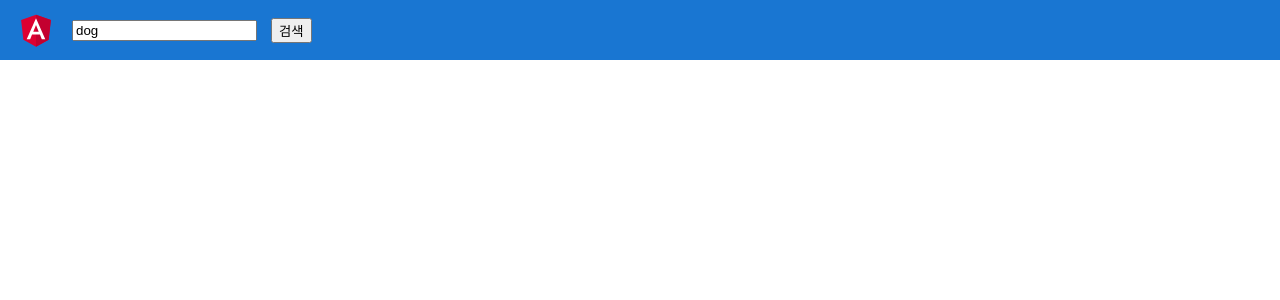
Repository: angular-weekely-toy/week10-rxjs-project
Page: / (app in youtube-example/)
These files come from the project's save history. The page is drawn as it stood at one moment and after the next save; the edit follows.
The browser window is 1280 px wide. The pictures show the whole page.
The page's requests for data from a server got no answer. The project was rebuilt for these pictures with package versions that can differ from the ones it lists, and the page was loaded fresh each time. No one was signed in, and anything a server would have sent is missing. Also part of the build but not shown: youtube-example/angular.json.

Above is the page before, as saved 2022-02-26 17:47:04.

### youtube-example/src/index.html
<!doctype html>
<html lang="en">
<head>
  <meta charset="utf-8">
  <title>YoutubeExample</title>
  <base href="/">
  <meta name="viewport" content="width=device-width, initial-scale=1">
  <link rel="icon" type="image/x-icon" href="favicon.ico">
</head>
<body>
  <app-root></app-root>
</body>
</html>

### youtube-example/src/app/app.module.ts
import { NgModule } from '@angular/core';
import { BrowserModule } from '@angular/platform-browser';
import { FormsModule, ReactiveFormsModule } from '@angular/forms';
import { AppRoutingModule } from './app-routing.module';
import { HttpClientModule, HTTP_INTERCEPTORS, HttpClient } from '@angular/common/http';
import { AppComponent } from './app.component';

@NgModule({
  declarations: [
    AppComponent
  ],
  imports: [
    BrowserModule,
    AppRoutingModule,
    HttpClientModule,
    FormsModule,
    ReactiveFormsModule
  ],
  providers: [],
  bootstrap: [AppComponent]
})
export class AppModule { }

### youtube-example/src/environments/environment.ts
// This file can be replaced during build by using the `fileReplacements` array.
// `ng build` replaces `environment.ts` with `environment.prod.ts`.
// The list of file replacements can be found in `angular.json`.

export const environment = {
  production: false,
  key: 'AIzaSyALnE4YcKrDM2rNRbyqEohzMgWJidT9Lxs',
  url: 'https://www.googleapis.com/youtube/v3/search'
};

/*
 * For easier debugging in development mode, you can import the following file
 * to ignore zone related error stack frames such as `zone.run`, `zoneDelegate.invokeTask`.
 *
 * This import should be commented out in production mode because it will have a negative impact
 * on performance if an error is thrown.
 */
// import 'zone.js/plugins/zone-error';  // Included with Angular CLI.

### youtube-example/src/app/app.component.ts
import { Component, OnInit } from '@angular/core';
import { YoutubeService } from './service/youtube.service'
import { FormBuilder, FormGroup  } from '@angular/forms';

@Component({
  selector: 'app-root',
  templateUrl: './app.component.html',
  styleUrls: ['./app.component.css'],
  providers: [YoutubeService],
})
export class AppComponent implements OnInit {
  title = 'youtube';
  group: FormGroup;
  target: string = "";
  youtubeItem: string = "";
  youtubeList?: any[] = new Array();
  youtubeTitle?: String;

  constructor(private fb: FormBuilder, private youtubeService: YoutubeService) {
    this.group = this.fb.group({});

  }

  createForm() {
    this.group.addControl('search_text', this.fb.control('dog'));
  }

  ngOnInit(): void {
    this.createForm();
    this.target = this.group?.controls?.search_text?.value;
    this.search(this.target);
  }

  search(search: any) {
    this.searchList(search);
  }

  actionSubmit= () => {
    this.target = this.group?.controls?.search_text?.value;
    this.searchList(this.target);
  }

  searchList(searchText: any) {
    this.youtubeService.getSearchChannel(searchText)
      .toPromise()
      .then((data) => {
        console.log('items : ', data?.kind);
        this.youtubeList = data?.items;
        console.log('req -> ', data);
      })
      .catch((error) => {
        console.log('error - ', error);
      })
  }


}

### youtube-example/src/app/app.component.html

<!-- Toolbar -->
<form [formGroup]="group" (ngSubmit)="actionSubmit()">
  <div class="toolbar" role="banner">
    <img
      width="40"
      alt="Angular Logo"
      src="data:[embedded picture, 522 characters]"
    />

    <input type="text" formControlName="search_text"/>
    &nbsp;&nbsp;&nbsp;&nbsp;<button type="sbumit">검색</button>

  </div>

  <div class="content" role="main">
    <ul>
      <li *ngFor="let youtubeItem of youtubeList" [value]="youtubeItem">
        <img src="{{youtubeItem.snippet.thumbnails.default.url}}"/>
        <a href="https://youtube.com/channel/{{youtubeItem.id.channelId}}" target="_blank">
          {{youtubeItem.snippet.channelTitle}}
        </a>
      </li>
    </ul>
  </div>
  </form>

### youtube-example/src/app/service/youtube.service.ts
import { Inject, Injectable } from '@angular/core';
import { HttpClient, HttpParams, HttpEvent, HttpHeaders } from '@angular/common/http';
import { Observable } from 'rxjs';
import { environment } from '../../environments/environment';

@Injectable()
export class YoutubeService {
    constructor(private http: HttpClient) {}

    getSearchChannel(q: string): Observable<any> {
        const url: string = environment.url + `?part=snippet&q=${q}&type=channel&key=${environment.key}`;
        let result: any;
        try {
            result = this.http.get<any>(url).pipe();
        } catch (e) {
            console.log('eeee', e);
        }
        return result;
    }
}

Loaded but not shown: youtube-example/src/styles.css (common file); youtube-example/src/main.ts (common file); youtube-example/src/app/app-routing.module.ts (common file); youtube-example/src/app/app.component.css (common file)

After the next save:
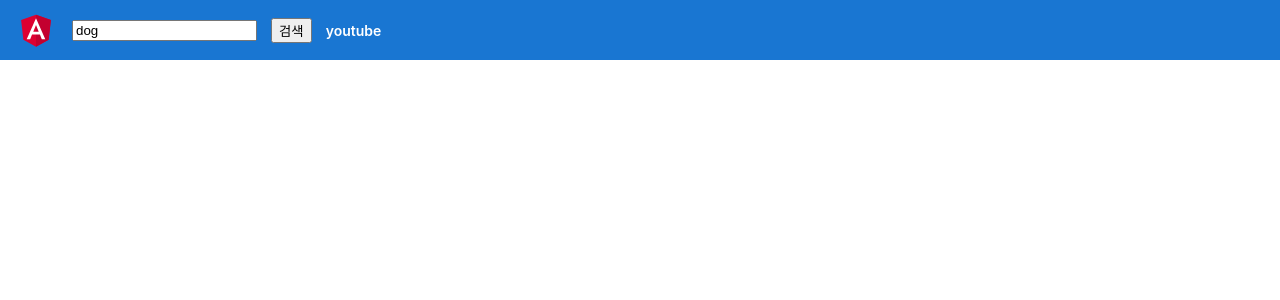
Saved 45 s later.
--- a/youtube-example/src/app/app.component.html
+++ b/youtube-example/src/app/app.component.html
@@ -10,7 +10,7 @@
 
     <input type="text" formControlName="search_text"/>
     &nbsp;&nbsp;&nbsp;&nbsp;<button type="sbumit">검색</button>
-
+    &nbsp;&nbsp;&nbsp;&nbsp;{{title}}
   </div>
 
   <div class="content" role="main">
